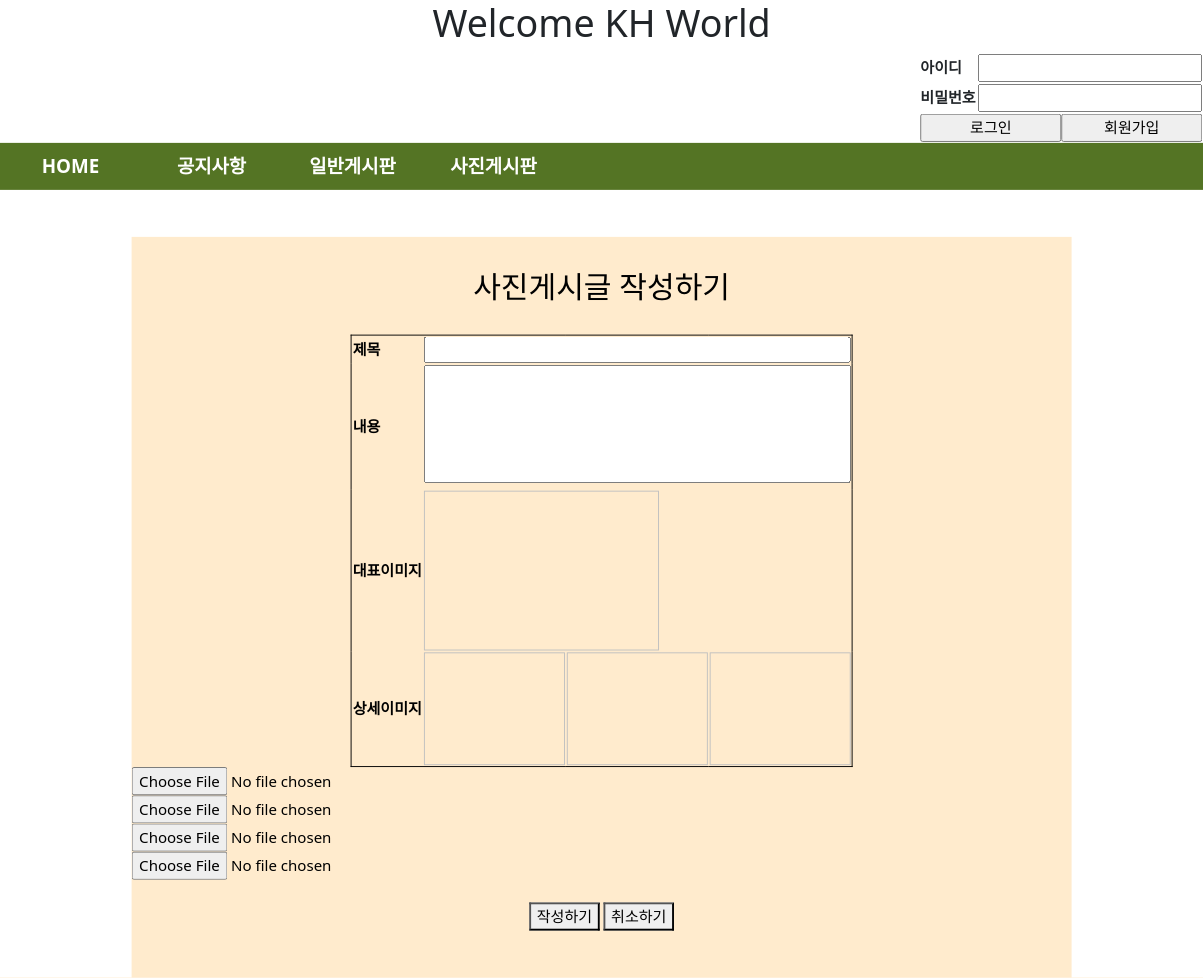
Repository: eru2/Study
Page: http://localhost/JspProject/enrollForm.th
These files come from the project's save history. The page is drawn as it stood at one moment and after the next save; the edit follows.
The browser window is 1280 px wide. The pictures show the whole page, at 94% of full size.
The page is served by Tomcat 10. Other server files are loaded and not shown.

Above is the page before, as saved 2025-03-04 04:36:52.

### 07_JSP/JspProject/src/main/webapp/views/board/thumbnailEnrollForm.jsp
<%@ page language="java" contentType="text/html; charset=UTF-8"
    pageEncoding="UTF-8"%>
     <%@ taglib prefix="c" uri="http://java.sun.com/jsp/jstl/core" %>
<!DOCTYPE html>
<html>
<head>
<meta charset="UTF-8">
<title>Insert title here</title>
<style>
      .outer {
                    background: blanchedalmond;
                    color: black;
                    width: 1000px;
                    margin: auto;
                    margin-top: 50px;
                    padding: 10px 0px 50px;
                }
        .outer table{
            border: 1px solid black;
        }

        .outer > table th,
        .outer > table td {
            border: 1px solid brown;
        }

        .outer > form input,
        .outer > form textarea{
            width: 100%;
            height: 100%;
            box-sizing: border-box;
        }

        .outer img:hover{
            cursor: pointer;
            background: rgb(252, 240, 222);
        }
</style>
</head>
  <body>
	<%@ include file="../common/menubar.jsp" %>

    <div class="outer">
        <br>
        <h2 align="center">사진게시글 작성하기</h2>
        <br>

        <form action="">
            <table border="1" align="center">
                <tr>
                    <th>제목</th>
                    <td colspan="3">
                        <input type="text" name="title" required>
                    </td>
                </tr>
                <tr>
                    <th>내용</th>
                    <td colspan="3">
                        <textarea name="content" rows="5" style="resize: none;"></textarea>
                    </td>
                </tr>
                <tr>
                    <th>대표이미지</th>
                    <td colspan="3">
                        <img id="tumbnail-img" width="250" height="170" onclick="chooseFile('#file1')">
                    </td>
                </tr>
                <tr>
                    <th>상세이미지</th>
                    <td><img id="content-img1" width="150" height="120" onclick="chooseFile('#file2')"></td>
                    <td><img id="content-img2" width="150" height="120" onclick="chooseFile('#file3')"></td>
                    <td><img id="content-img3" width="150" height="120" onclick="chooseFile('#file4')"></td>
                </tr>
            </table>

            <div>
                <input type="file" name="file1" id="file1" required onchange="loadImg(this, '#tumbnail-img')">
                <input type="file" name="file2" id="file2">
                <input type="file" name="file3" id="file3">
                <input type="file" name="file4" id="file4">
            </div>

            <br>

            <div align="center">
                <button type="submit">작성하기</button>
                <button type="reset">취소하기</button>
            </div>

            <script>
                function loadImg(changeInput, targetImg){
                    //파일객체 -> files -> 선택된파일들이 담겨있음
                    console.log(changeInput.files[0])
                    if(changeInput.files.length > 0){ //파일은 선택했을 때

                    } else { //파일이 있었는데 선택 후 취소했을 때

                    }
                }
                function chooseFile(selector){
                    const fileInput = document.querySelector(selector);
                    fileInput.click();
                }
            </script>
        </form>
    </div>
</body>
</html>

### 07_JSP/JspProject/src/main/webapp/views/common/menubar.jsp
<%@ page language="java" contentType="text/html; charset=UTF-8"
    pageEncoding="UTF-8"%>
    <%@ taglib prefix="c" uri="http://java.sun.com/jsp/jstl/core" %>
<!DOCTYPE html>
<html>
<head>
    <meta charset="UTF-8">
    <meta name="viewport" content="width=device-width, initial-scale=1.0">
    <title>Insert title here</title>
    <!-- 부트스트랩 5.3.3 -->
    <link href="https://cdn.jsdelivr.net/npm/bootstrap@5.3.3/dist/css/bootstrap.min.css" rel="stylesheet">
    <script src="https://cdn.jsdelivr.net/npm/bootstrap@5.3.3/dist/js/bootstrap.bundle.min.js"></script>
    <!-- jQuery -->
    <script src="https://ajax.googleapis.com/ajax/libs/jquery/3.7.1/jquery.min.js"></script>

    <style>
        a{
            text-decoration: none;
            color: black;
        }
        .login-area > *{
            float: right;

        }

        .login-area input[type="button"],
        .login-area input[type="submit"]{
            width: 50%;
            float: left;
        }

        .nav-area{
            background: rgb(84, 116, 36);
        }
        .menu{
            display: table-cell;
            width: 150px;
            height: 50px;
        }
        .menu a{
            color: white;
            font-size: 20px;
            font-weight: bold;
            text-align: center;
            width: 100%;
            height: 100%;
            line-height: 50px;
            display: inline-block;
        }
    </style>
</head>
<body>
	<c:if test="${not empty alertMsg}">
	<script>
		alert("${alertMsg}")
	</script>
	<c:remove var="alertMsg" />
	</c:if>
	 <h1 align="center">Welcome KH World</h1>
	    <div class="login-area">
		    <c:choose>
		    	<c:when test="${empty sessionScope.loginUser }">
		        <!-- 로그인 전 -->
		        <form action="${pageContext.request.contextPath}/login.me" method="post">
		            <table>
		                <tr>
		                    <th>아이디</th>
		                    <td><input type="text" name="userId" required></td>
		                </tr>
		                <tr>
		                    <th>비밀번호</th>
		                    <td><input type="password" name="userPwd" required></td>
		                </tr>
		                <tr>
		                    <th colspan="2">
		                        <input type="submit" value="로그인">
		                        <input type="button" value="회원가입" onclick="enrollPage();">
		                    </th>
		                </tr>
		            </table>
		        </form>
		        <script>
		        	function enrollPage(){
		        		//location.href = "${pageContext.request.contextPath}/views/member/memberEnrollForm.jsp";
		        		//웹 애플리케이션의 디렉토리구조가 url에 노출되면 보안에 취약해진다.

		        		location.href = "${pageContext.request.contextPath}/enrollForm.me";
		        		//단순한 페이지 요청도 servlet을 거쳐갈 것(즉, url에는 서블릿 맵핑값만 나타나도록)
		        	}
		        </script>
		        </c:when>
		        <c:otherwise>
		        	<div>
		        		<b>${loginUser.userName}님</b>의 방문을 환영합니다. <br><br>
		        		<div>
		        			<a href="${pageContext.request.contextPath}/myPage.me">마이페이지</a>
		        			<a href="${pageContext.request.contextPath}/logout.me">로그아웃</a>
		        		</div>
		        	</div>
		        </c:otherwise>
		    </c:choose>
	    </div>

    <br clear="both">
    <div class="nav-area">
        <div class="menu"><a href="${pageContext.request.contextPath}">HOME</a></div>
        <div class="menu"><a href="${pageContext.request.contextPath}/notice.bo?cpage=1">공지사항</a></div>
        <div class="menu"><a href="${pageContext.request.contextPath}/list.bo?cpage=1">일반게시판</a></div>
        <div class="menu"><a href="${pageContext.request.contextPath}/list.th">사진게시판</a></div>
    </div>
</body>
</html>

### 07_JSP/JspProject/src/main/java/com/kh/board/controller/ThumbnailEnrollController.java
package com.kh.board.controller;

import jakarta.servlet.ServletException;
import jakarta.servlet.annotation.WebServlet;
import jakarta.servlet.http.HttpServlet;
import jakarta.servlet.http.HttpServletRequest;
import jakarta.servlet.http.HttpServletResponse;
import java.io.IOException;

/**
 * Servlet implementation class ThumbnailEnrollController
 */
@WebServlet("/enrollForm.th")
public class ThumbnailEnrollController extends HttpServlet {
	private static final long serialVersionUID = 1L;

    /**
     * @see HttpServlet#HttpServlet()
     */
    public ThumbnailEnrollController() {
        super();
        // TODO Auto-generated constructor stub
    }

	/**
	 * @see HttpServlet#doGet(HttpServletRequest request, HttpServletResponse response)
	 */
	protected void doGet(HttpServletRequest request, HttpServletResponse response) throws ServletException, IOException {
		request.getRequestDispatcher("views/board/thumbnailEnrollForm.jsp").forward(request, response);

	}

	/**
	 * @see HttpServlet#doPost(HttpServletRequest request, HttpServletResponse response)
	 */
	protected void doPost(HttpServletRequest request, HttpServletResponse response) throws ServletException, IOException {
		// TODO Auto-generated method stub
		doGet(request, response);
	}

}

After the next save:
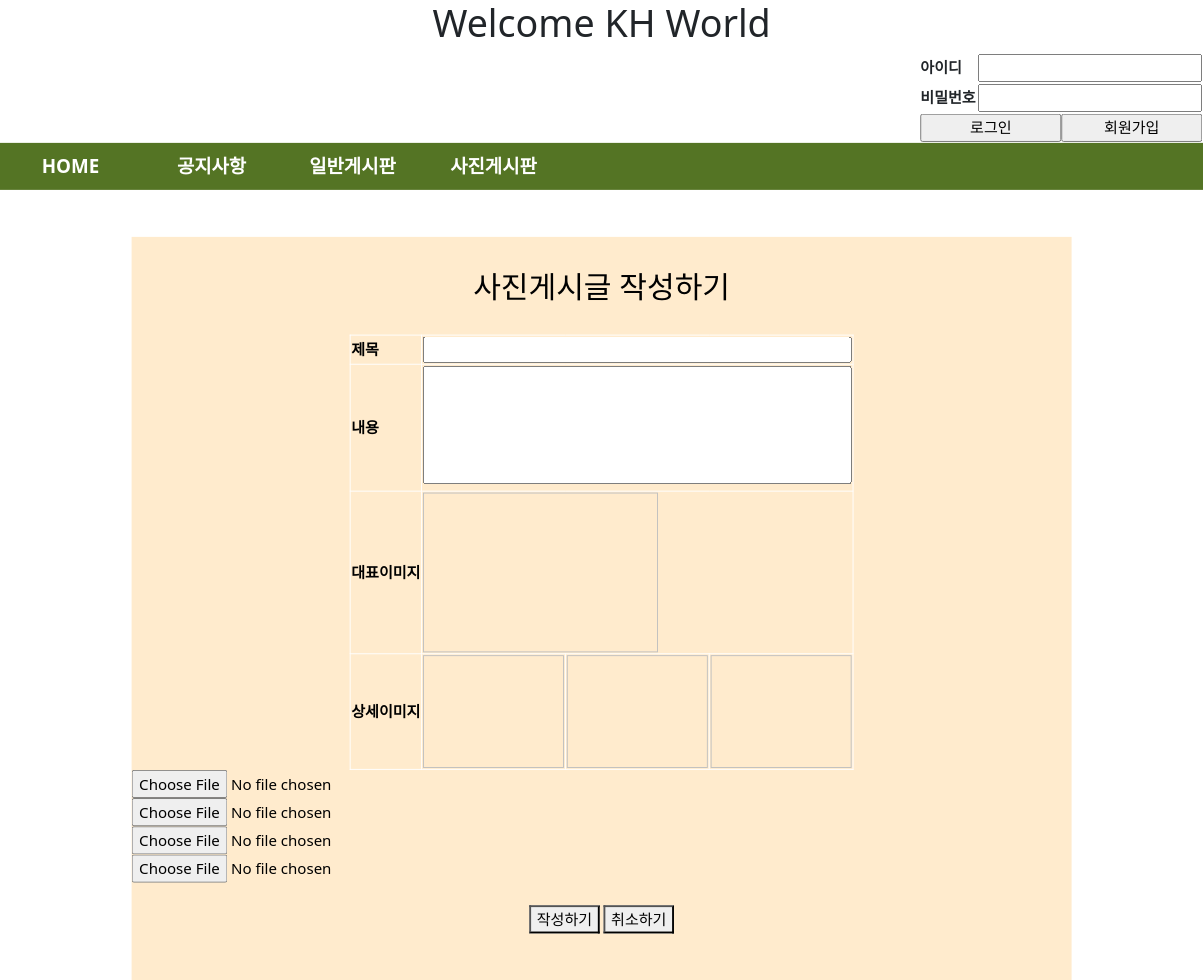
Saved 26 min 32 s later.
--- a/07_JSP/JspProject/src/main/webapp/views/board/thumbnailEnrollForm.jsp
+++ b/07_JSP/JspProject/src/main/webapp/views/board/thumbnailEnrollForm.jsp
@@ -15,13 +15,13 @@
                     margin-top: 50px;
                     padding: 10px 0px 50px;
                 }
-        .outer table{
-            border: 1px solid black;
+   .outer table{
+            border: 1px solid white;
         }
 
-        .outer > table th,
-        .outer > table td {
-            border: 1px solid brown;
+        .outer table th,
+        .outer table td{
+            border: 1px solid white;
         }
 
         .outer > form input,
@@ -33,9 +33,9 @@
 
         .outer img:hover{
             cursor: pointer;
-            background: rgb(252, 240, 222);
+            background: #83aeff;
         }
-</style>
+    </style>
 </head>
   <body>
 	<%@ include file="../common/menubar.jsp" %>
